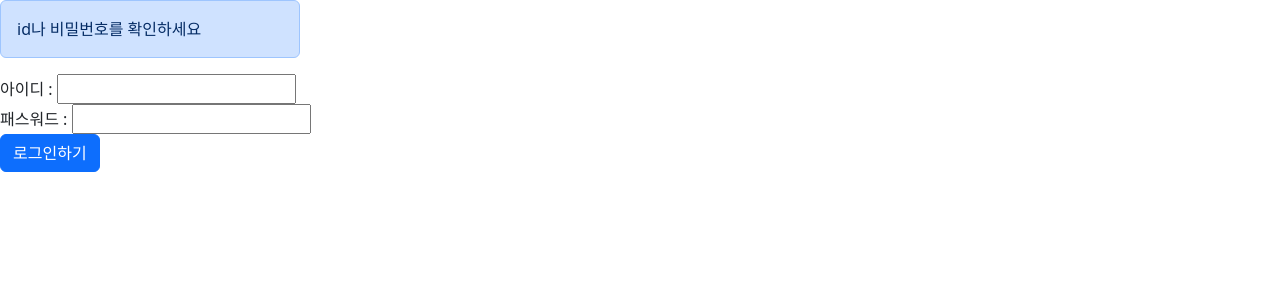
Repository: cheez0909/JSP
Page: http://localhost/1103/session/LoginProcess.jsp
The author's editor kept a copy of each file at every save. The page is drawn from the files as they stood at one save, then again after the next save.
The browser window is 1280 px wide. The pictures show the whole page.
The page is served by Tomcat 9. Other server files are loaded and not shown. Queries for data that is not in the repository find no rows.

Above is the page before, as saved 2023-11-08 06:02:26.

### 1103/src/main/webapp/session/LoginProcess.jsp
<%@page import="com.momo.dto.memberDTO"%>
<%@page import="com.momo.dao.memberDAO"%>
<%@ page language="java" contentType="text/html; charset=UTF-8"
    pageEncoding="UTF-8"%>
<!DOCTYPE html>
<html>
<head>
<meta charset="UTF-8">
<title>Insert title here</title>
</head>
<body>
<%
	/*
		1. 사용자의 요청 파라메터 수집(id, pw)
		2. DB에 등록된 사용자인지 확인
			- user테이블 생성
			- 사용자 정보 등록
	*/
	String id = request.getParameter("user_id");
	String pw = request.getParameter("user_pw");

	memberDAO members = new memberDAO();
	memberDTO memberdto = members.login(id, pw);

	members.close();

	if(memberdto != null){
		// 로그인 성공 -> 메인 페이지
		// 세션에 저장
		session.setAttribute("memberDTO", memberdto);
		session.setAttribute("user_id", id);
		response.sendRedirect("loginMain.jsp");
	} else{
		// 로그인 페이지로 이동 후 메세지 출력
		request.getRequestDispatcher("loginForm.jsp?err=1").forward(request, response);
	}

%>


</body>
</html>

### 1103/src/main/webapp/session/loginForm.jsp
<%@ page language="java" contentType="text/html; charset=UTF-8"
    pageEncoding="UTF-8"%>
<!DOCTYPE html>
<html>
<head>
<meta charset="UTF-8">
<title>Insert title here</title>
 <link href="https://cdn.jsdelivr.net/npm/bootstrap@5.3.1/dist/css/bootstrap.min.css" rel="stylesheet" integrity="sha384-4bw+/aepP/YC94hEpVNVgiZdgIC5+VKNBQNGCHeKRQN+PtmoHDEXuppvnDJzQIu9" crossorigin="anonymous">
</head>
<style>
.alert{
	width : 300px;
}

</style>
<body>

<%
	String err = request.getParameter("err");

	if("1".equals(request.getParameter("err"))){%>
	<div class="alert alert-primary" role="alert">id나 비밀번호를 확인하세요</div>
	<%}
	if(err!=null){
		err = request.getParameter("err");
	}
%>
	<form action="LoginProcess.jsp" method="post" name="loginFrm"
        onsubmit="return validateForm(this);">
        아이디 : <input type="text" name="user_id" required="required"/><br />
        패스워드 : <input type="password" name="user_pw" required="required"/><br />
        <button type="submit" class="btn btn-primary" value="로그인하기">로그인하기</button>
    </form>
     <script src="https://cdn.jsdelivr.net/npm/bootstrap@5.3.1/dist/js/bootstrap.bundle.min.js" integrity="sha384-HwwvtgBNo3bZJJLYd8oVXjrBZt8cqVSpeBNS5n7C8IVInixGAoxmnlMuBnhbgrkm" crossorigin="anonymous"></script>
</body>
</html>

### 1103/src/main/java/com/momo/DBConnectionPool.java
package com.momo;

import java.sql.Connection;
import java.sql.PreparedStatement;
import java.sql.ResultSet;
import java.sql.SQLException;
import java.sql.Statement;

import javax.naming.Context;
import javax.naming.InitialContext;
import javax.naming.NamingException;
import javax.sql.DataSource;



public class DBConnectionPool {
	public Connection con;
	public Statement stmtl;
	public PreparedStatement pstmt;
	public ResultSet rs;


	public DBConnectionPool(){
		try {
			// JNDI를 통해 커넥션풀 얻어오기
			Context initContext = new InitialContext();
			Context envContext  = (Context)initContext.lookup("java:/comp/env");
			DataSource ds = (DataSource)envContext.lookup("jdbc/myoracle");

			// 커넥션풀을 통해 연결 객체 얻기
			con = ds.getConnection();

		} catch (NamingException e) {
			System.out.println("==================DBConnectionPool NamingException");
			e.printStackTrace();
		}	catch (SQLException e) {
			System.out.println("==================DBConnectionPool SQLException");
			e.printStackTrace();
		}
	}

	// 자원 반납
	public void close() {
		try {
		if(rs!=null) rs.close();
		if(pstmt!=null) pstmt.close();
		if(stmtl!=null) stmtl.close();
		if(con!=null) con.close();
		} catch(Exception e) {
			System.out.println("자원반납 중 예외가 발생하였습니다.");
			e.printStackTrace();
		}

	}

}

### 1103/src/main/java/com/momo/dao/memberDAO.java
package com.momo.dao;

import java.sql.SQLException;

import com.momo.DBConnectionPool;
import com.momo.dto.memberDTO;

public class memberDAO extends DBConnectionPool{

	//public memberDTO login(memberDTO member)
	public memberDTO login(String id, String pw) {
		try {
			memberDTO members = new memberDTO();


			String sql = "select *\r\n"
					+ "from member\r\n"
					+ "where id= ? and pass= ? ";

			pstmt = con.prepareStatement(sql);

			pstmt.setString(1, id);
			pstmt.setString(2, pw);

			rs = pstmt.executeQuery();

			//while(rs.next()) {
			//	for(int i=1; i<=rs.getMetaData().getColumnCount(); i++) {
			//		rs.getString(i);
			//	}
			//}

			if(rs.next()) {
				members.setId(rs.getString("ID"));
				members.setPass(rs.getString("PASS"));
				members.setName(rs.getString("NAME"));
				members.setRegidate(rs.getString("REGIDATE"));
				return members;
			} else {
				return null;
			}


		} catch (SQLException e) {
			e.printStackTrace();
			return null;
		}
	}
}

### 1103/src/main/java/com/momo/dto/memberDTO.java
package com.momo.dto;

public class memberDTO {

	public String id;
	public String pass;
	public String name;
	public String regidate;

	public String getId() {
		return id;
	}
	public void setId(String id) {
		this.id = id;
	}
	public String getPass() {
		return pass;
	}
	public void setPass(String pass) {
		this.pass = pass;
	}
	public String getName() {
		return name;
	}
	public void setName(String name) {
		this.name = name;
	}
	public String getRegidate() {
		return regidate;
	}
	public void setRegidate(String regidate) {
		this.regidate = regidate;
	}



}

After the next save:
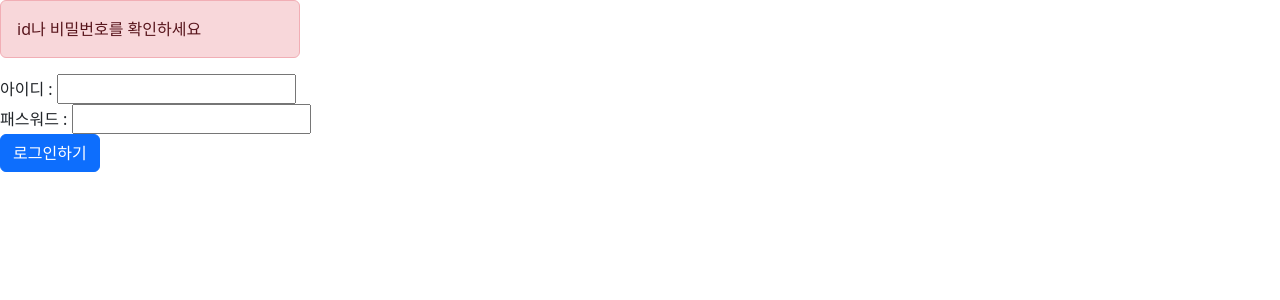
Saved 24 s later.
--- a/1103/src/main/webapp/session/loginForm.jsp
+++ b/1103/src/main/webapp/session/loginForm.jsp
@@ -19,7 +19,7 @@
 	String err = request.getParameter("err");
 
 	if("1".equals(request.getParameter("err"))){%>
-	<div class="alert alert-primary" role="alert">id나 비밀번호를 확인하세요</div>
+	<div class="alert alert-danger" role="alert">id나 비밀번호를 확인하세요</div>
 	<%}
 	if(err!=null){
 		err = request.getParameter("err");
